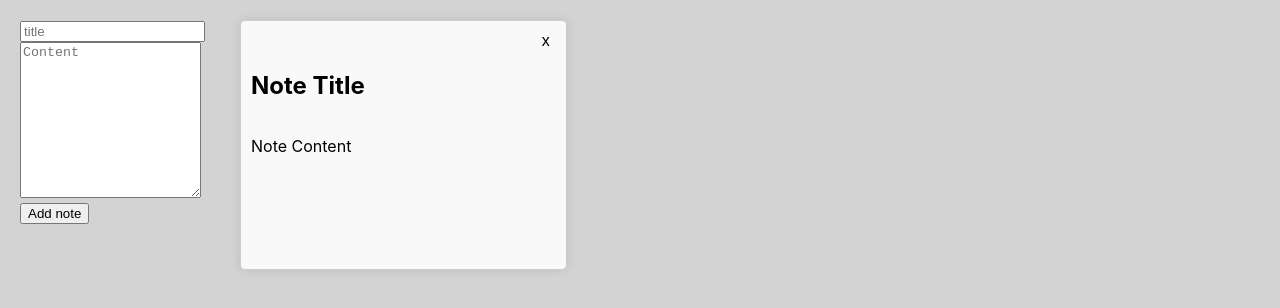
Repository: karolina-rachuta/Notes_React_Node_Js
Page: /
The author's editor kept a copy of each file at every save. The page is drawn from the files as they stood at one save, then again after the next save.
The browser window is 1280 px wide. The pictures show the whole page.
The project was rebuilt for these pictures with package versions that can differ from the ones it lists, and the page was loaded fresh each time.

Above is the page before, as saved 2024-08-10 21:46:09.

After the next save:
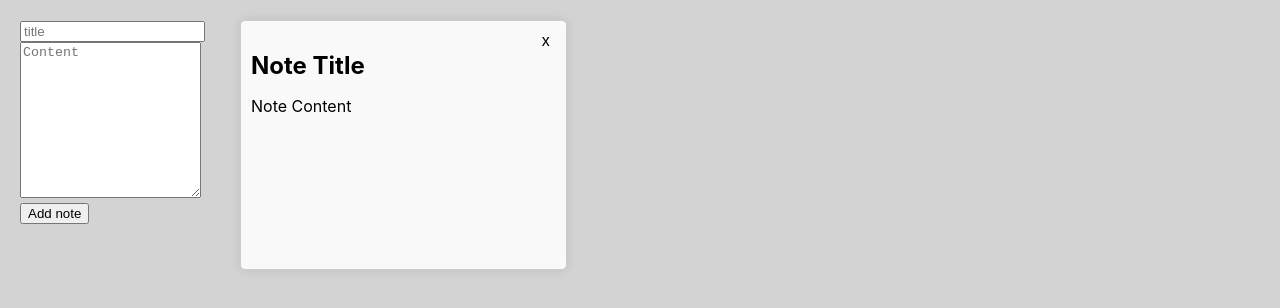
Saved 36 s later.
--- a/src/App.css
+++ b/src/App.css
@@ -46,9 +46,9 @@ body {
   max-width: fit-content;
 }
 
-/* h2 {
+h2 {
   margin: 0;
-} */
+}
 
 /* .note-form {
   display: flex;
